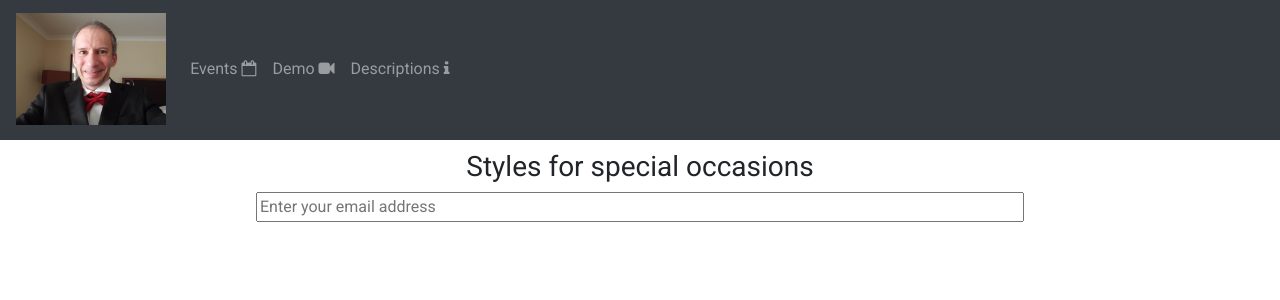
Repository: derektypist/product-landing-page
Page: index.html
The author's editor kept a record of every edit. The page is drawn from the files as they stood at one moment, then again after the next edit.
The browser window is 1280 px wide. The pictures show the whole page.

Above is the page before.

### index.html
<!DOCTYPE html>
<html lang="en">

<head>
    <meta charset="UTF-8">
    <meta name="viewport" content="width=device-width, initial-scale=1.0">
    <meta http-equiv="X-UA-Compatible" content="ie=edge">
    <title>Product Landing Page</title>
    <!-- Load Style Sheets -->
    <link rel="stylesheet" href="https://maxcdn.bootstrapcdn.com/bootstrap/4.4.1/css/bootstrap.min.css" integrity="sha384-Vkoo8x4CGsO3+Hhxv8T/Q5PaXtkKtu6ug5TOeNV6gBiFeWPGFN9MuhOf23Q9Ifjh" crossorigin="anonymous">
    <link rel="stylesheet" href="https://maxcdn.bootstrapcdn.com/font-awesome/4.7.0/css/font-awesome.min.css" type="text/css" />
    <link href="https://fonts.googleapis.com/css?family=Roboto&display=swap" rel="stylesheet">
    <style>
        /* Header and Navigation */

        #header {
            font-family: "Roboto", Arial, Verdana, sans-serif;
        }

        #header-img {
            max-height: 112px;
        }

        #nav-bar {
            padding-bottom: 10px;
        }

        /* Form */
        #form {
            padding-top: 150px;
            font-family: "Roboto", Arial, Verdana, sans-serif;
            text-align: center;
            width: 100%;
            display: block;
            margin: auto;
        }

        input {
            width: 60%;
        }
    </style>
</head>

<body>
    <!-- Set Up Header -->
    <header id="header">
        <!-- Set Up Navigation with Image -->
        <nav class="navbar navbar-expand navbar-dark bg-dark fixed-top" id="nav-bar">
            <a class="navbar-brand" href="index.html"><img src="derek.JPG" title="Derek Dhammaloka" alt="Derek Dhammaloka" id="header-img"></a>
            <button class="navbar-toggler" type="button" data-toggle="collapse" data-target="navbarSupportedContent" aria-controls="navbarSupportedContent" aria-expanded="false" aria-label="Toggle navigation">
    <span class="navbar-toggler-icon"></span>
  </button>
            <div class="collapse navbar-collapse" id="navbarSupportedContent">
                <ul class="navbar-nav mr-auto">
                    <li class="nav-item">
                        <a class="nav-link" href="#events">Events <i class="fa fa-calendar-o" aria-hidden="true"></i></a>
                    </li>
                    <li class="nav-item">
                        <a class="nav-link" href="#demo">Demo <i class="fa fa-video-camera" aria-hidden="true"></i></a>
                    </li>
                    <li class="nav-item">
                        <a class="nav-link" href="#descriptions">Descriptions <i class="fa fa-info" aria-hidden="true"></i></a>
                    </li>
                </ul>
        </nav>
    </header>

    <!-- Set Up Main Content -->
    <main>
        <!-- Set Up Form -->
        <form id="form">
        <h3>Styles for special occasions</h3>
        <input type="email" id="email" name="email" placeholder="Enter your email address">
        </form>
        <section id="events"></section>
        <section id="demo"></section>
        <section id="descriptions"></section>
    </main>
</body>

</html>

After the next edit:
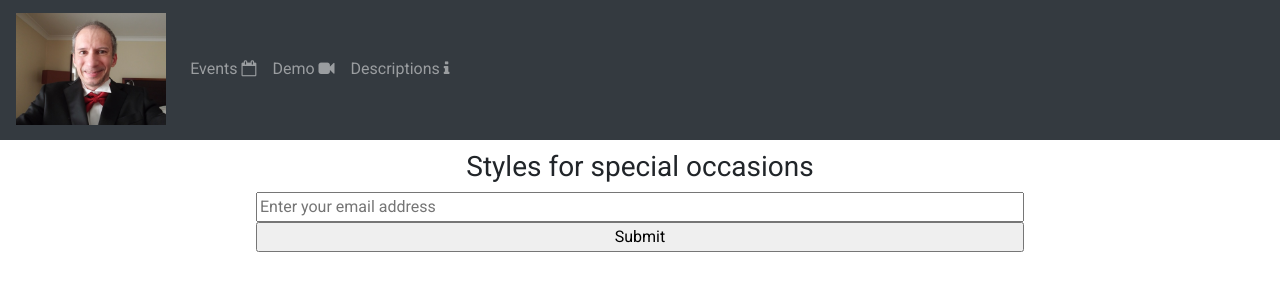
Console error (its wording comes from the project's code and is left out).
The edit:
--- a/index.html
+++ b/index.html
@@ -26,6 +26,7 @@
         }
 
         /* Form */
+
         #form {
             padding-top: 150px;
             font-family: "Roboto", Arial, Verdana, sans-serif;
@@ -69,8 +70,13 @@
     <main>
         <!-- Set Up Form -->
         <form id="form">
-        <h3>Styles for special occasions</h3>
-        <input type="email" id="email" name="email" placeholder="Enter your email address">
+            <h3>Styles for special occasions</h3>
+            <!-- Set Up Email Field -->
+            <input type="email" id="email" name="email" placeholder="Enter your email address">
+
+            <!-- Set Up Submit Button -->
+            <input type="submit" id="submit" onclick="https://www.freecodecamp.com/email-submit
+(https://www.freecodecamp.com/email-submit">
         </form>
         <section id="events"></section>
         <section id="demo"></section>
